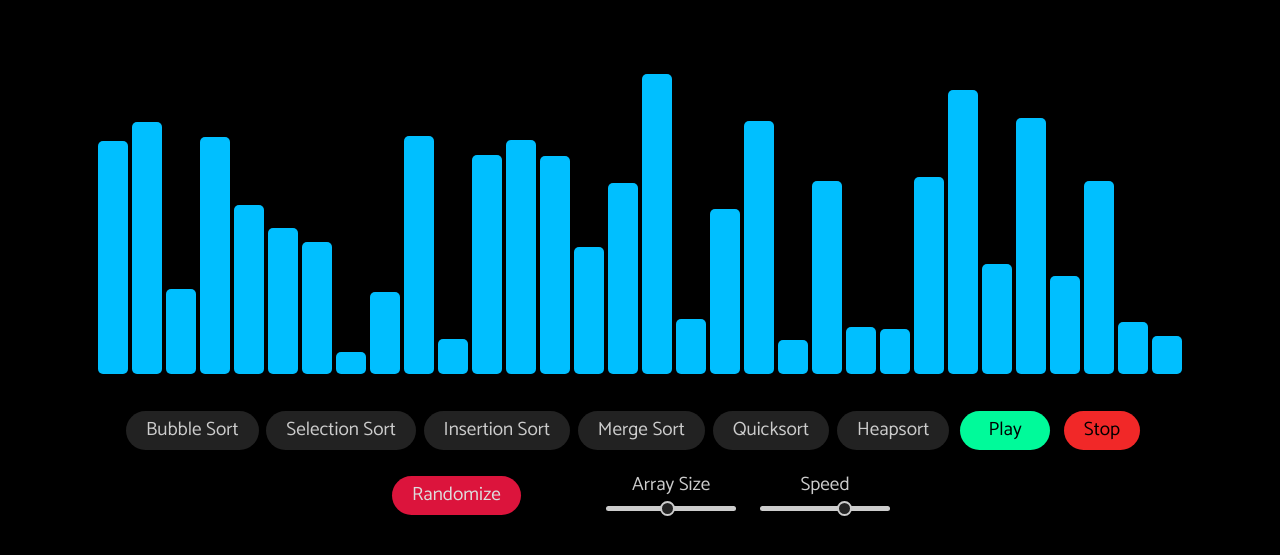
Repository: sneha1010/Sorting-visualizer
Page: index.html
An editor plug-in stored every save of this project. The page is shown before and after the next save, followed by the edit.
The browser window is 1280 px wide. The pictures show the whole page.

Above is the page before, as saved 2022-06-14 18:55:14.

After the next save:
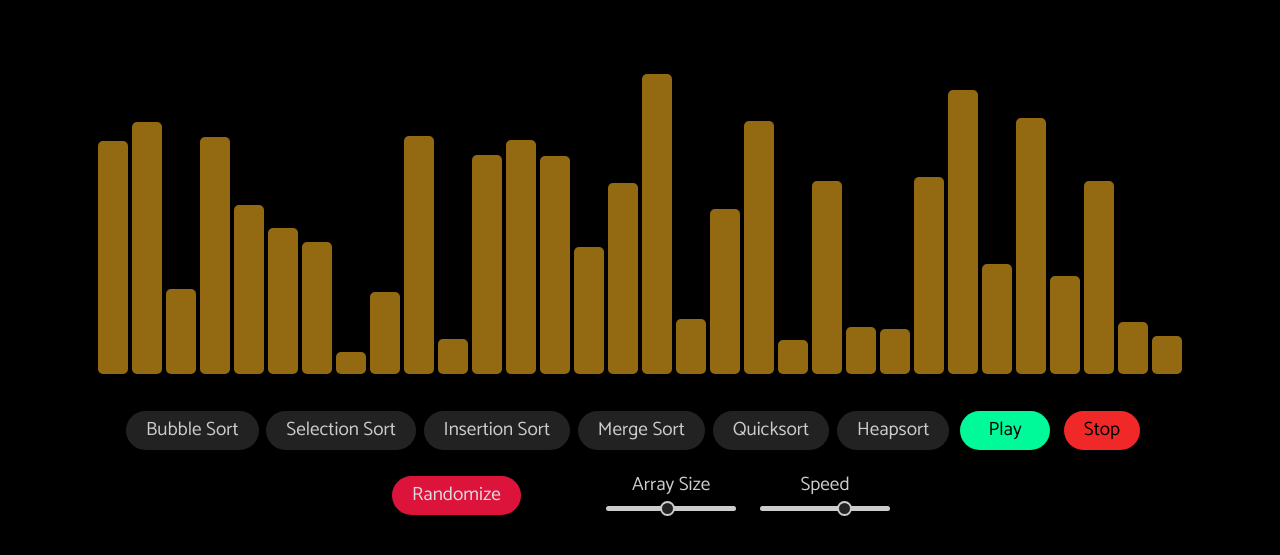
Saved 22 h 17 min later.
--- a/assets/script.js
+++ b/assets/script.js
@@ -11,7 +11,7 @@
 
 const WAITING_TIME = 100;
 
-const UNSORTED = 'deepskyblue';
+const UNSORTED = '#936A11';
 const SORTED = 'mediumspringgreen';
 const COMPARE = 'crimson';
 const SELECTED = 'blueviolet';
